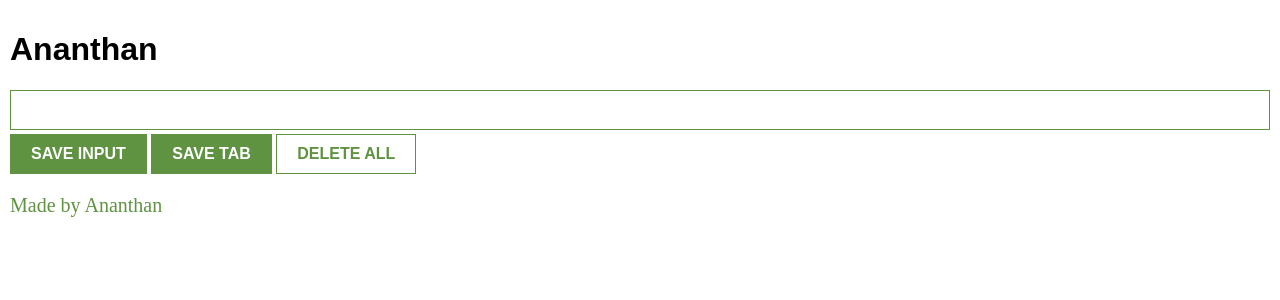
Repository: ananthantharma/Chrome-Extension
Page: index.html
The author's editor kept a copy of each file at every save. The page is drawn from the files as they stood at one save, then again after the next save.
The browser window is 1280 px wide. The pictures show the whole page.

Above is the page before, as saved 2022-07-20 23:17:46.

### index.html
<html>
    <head><link rel="stylesheet" href="https://cdnjs.cloudflare.com/ajax/libs/normalize/8.0.1/normalize.css">
        <link rel="stylesheet" href="index.css">
        <h1>Ananthan</h1>
    </head>
    <body>
        <input type="text" id="input-el">
        <button id="input-btn">SAVE INPUT</button>
        <button id="tab-btn">SAVE TAB</button>
        <button id="delete-btn">DELETE ALL</button>
        <ul id="ul-el">
        </ul>
        <script src="index.js"></script>
    </body>
    <footer>Made by Ananthan</footer>
</html>

### index.css
body {
    margin: 0;
    padding: 10px;
    font-family: Arial, Helvetica, sans-serif;
    min-width: 400px;
}
footer{
    font-family: 'Brush Script MT', cursive;
    font-size:20px;
    font-style:none;
    font-weight: normal;
    color: #5f9341;
    text-align: left;
}
input {
    width: 100%;
    padding: 10px;
    box-sizing: border-box;
    border: 1px solid #5f9341;
    margin-bottom: 4px;
}

button {
    background: #5f9341;
    color: white;
    padding: 10px 20px;
    border: 1px solid #5f9341;
    font-weight: bold;
}

#delete-btn {
    background: white;
    color: #5f9341;
}

ul {
    margin-top: 20px;
    list-style: none;
    padding-left: 0;
}

li {
    margin-top: 5px;
}

a {
    color: #5f9341;
}

#delete-icon {
    background: white;
    color: #5f9341;
    font-family: Arial, Helvetica, sans-serif;
    font-size:10px;

    margin: 0;
    padding: 0;
    margin-left: 4px;

    line-height: normal;
}
.small-btn{
    background: white;
    color: #5f9341;
    font-family: Arial, Helvetica, sans-serif;
    font-size:10px;

    margin: 0;
    padding: 0;
    margin-left: 4px;

    line-height: normal;
}

### index.js
let myLeads = []
const inputEl = document.getElementById("input-el")
const inputBtn = document.getElementById("input-btn")
const ulEl = document.getElementById("ul-el")
const deleteBtn = document.getElementById("delete-btn")
const leadsFromLocalStorage = JSON.parse( localStorage.getItem("myLeads") )
const tabBtn = document.getElementById("tab-btn")
const li=document.createElement("li")



if (leadsFromLocalStorage) {
    myLeads = leadsFromLocalStorage
    render(myLeads)
   }

tabBtn.addEventListener("click", function(){
    chrome.tabs.query({active: true, currentWindow: true}, function(tabs){
        myLeads.push(tabs[0].url)
        localStorage.setItem("myLeads", JSON.stringify(myLeads) )

        let a5=document.createElement('a')
        let list5 =document.createElement("li")
        let button5=document.createElement('button')

        button5.className="small-btn"
        button5.id="small-button"
        button5.innerHTML="Delete";
        button5.onclick=function(){
            list5.remove()
            let index = myLeads.indexOf(tabs[0].url);
            //if (index !== -1) {
                myLeads.splice(index, 1);
                localStorage.setItem("myLeads", JSON.stringify(myLeads) )
            //}
        }
        a5.innerHTML=tabs[0].url
        a5.title =tabs[0].url
        a5.href=tabs[0].url



        ulEl.appendChild(list5)
        list5.appendChild(a5)
        list5.appendChild(button5)



        })
    })

function render(leads) {
    for (let i = 0; i < leads.length; i++) {
        //li.appendChild(document.createTextNode(leads[i]));
        let a=document.createElement('a')
        let list =document.createElement("li")
        let button=document.createElement("button")
        button.className="small-btn"
        button.id="small-button"
        button.innerHTML="Delete";
        //*********************************************** */
        button.onclick=function(){
            list.remove()
            let index = myLeads.indexOf(leads[i]);
            //if (index !== -1) {
                myLeads.splice(index, 1);
                localStorage.setItem("myLeads", JSON.stringify(myLeads) )
            //}
        }

        a.innerHTML=leads[i]
        a.title =leads[i]
        a.href=leads[i]

        ulEl.appendChild(list)
        list.appendChild(a)
        list.appendChild(button)



        }

          }

          function removebutton(parent) {

                this.parentElement.remove();
            }

    deleteBtn.addEventListener("dblclick", function() {
        myLeads = []
        localStorage.clear()
        document.getElementById('ul-el').innerHTML = '';
        console.log(myLeads)
        })





    inputBtn.addEventListener("click", function() {
        myLeads.push(inputEl.value)
        localStorage.setItem("myLeads", JSON.stringify(myLeads))

        let a1=document.createElement('a')
        let list1=document.createElement("li")

        let button2=document.createElement('button')
        button2.className="small-btn"
        button2.id="small-button"
        a1.innerHTML=inputEl.value
        a1.title =inputEl.value
        a1.href=inputEl.value

        button2.innerHTML="Delete"
        button2.onclick=function(){
            list1.remove()
            let index = myLeads.indexOf(inputEl.value);
            //if (index !== -1) {
                myLeads.splice(index, 1);
                localStorage.setItem("myLeads", JSON.stringify(myLeads) )
            //}
        }


        ulEl.appendChild(list1);
        list1.appendChild(a1)
        list1.appendChild(button2)


        inputEl.value = ""


        console.log(myLeads)
        })



        /* removeBtn && removeBtn.addEventListener("click", function(){
            myLeads.splice(this.i, 1);
            localStorage.setItem("myLeads", JSON.stringify(myLeads) )
            render(myLeads)
        }) */

     /*    function removebutton(i){
            myLeads.splice(i, 1);
            localStorage.setItem("myLeads", JSON.stringify(myLeads) )
            render(myLeads)
        } */

After the next save:
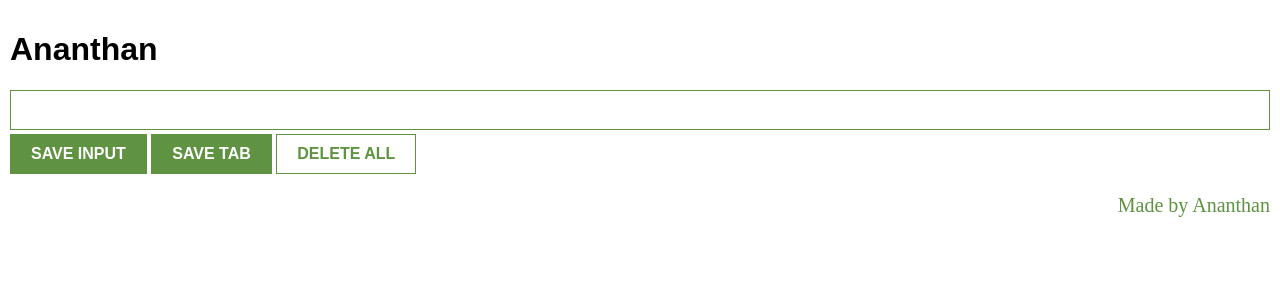
Saved 12 s later.
--- a/index.css
+++ b/index.css
@@ -10,7 +10,7 @@ footer{
     font-style:none;
     font-weight: normal;
     color: #5f9341;
-    text-align: left;
+    text-align: right;
 }
 input {
     width: 100%;
